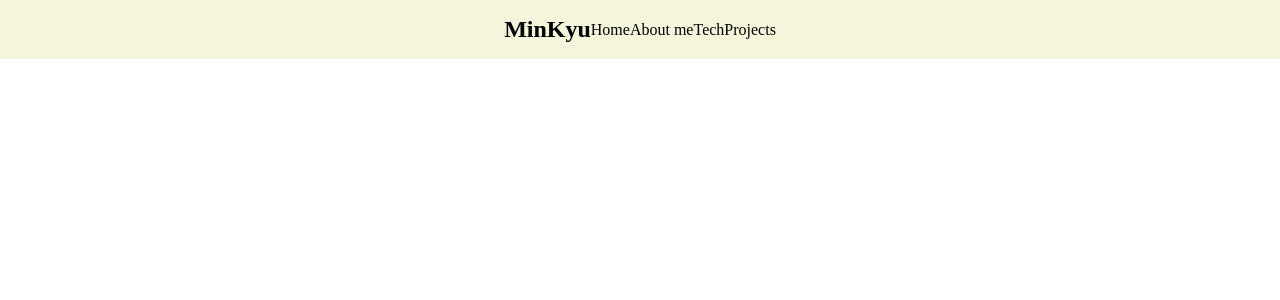
Repository: alsrb0504/portfolio-blog
Page: /
The author's editor kept a copy of each file at every save. The page is drawn from the files as they stood at one save, then again after the next save.
The browser window is 1280 px wide. The pictures show the whole page.
The project was rebuilt for these pictures with package versions that can differ from the ones it lists, and the page was loaded fresh each time. Also part of the build but not shown: src/app.module.css.

Above is the page before, as saved 2021-07-12 15:46:25.

After the next save:
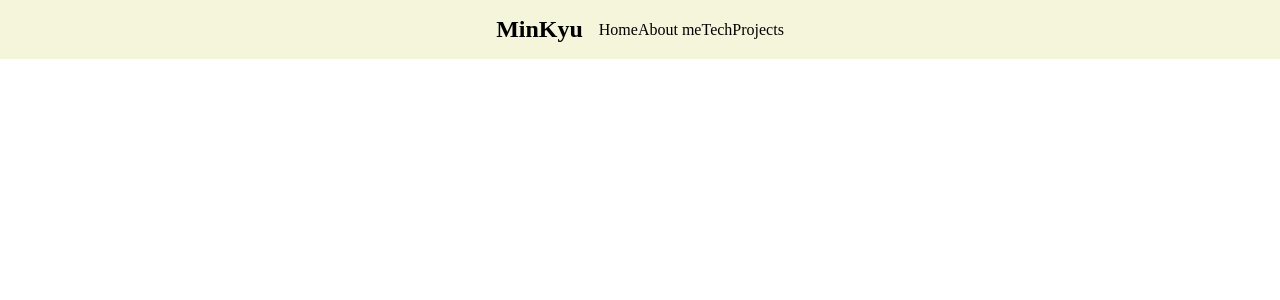
Saved 20 s later.
--- a/src/components/header/header.module.css
+++ b/src/components/header/header.module.css
@@ -9,6 +9,7 @@
 
 .title {
   /* margin: 0; */
+  margin-right: 1rem;
 }
 
 .menus {
